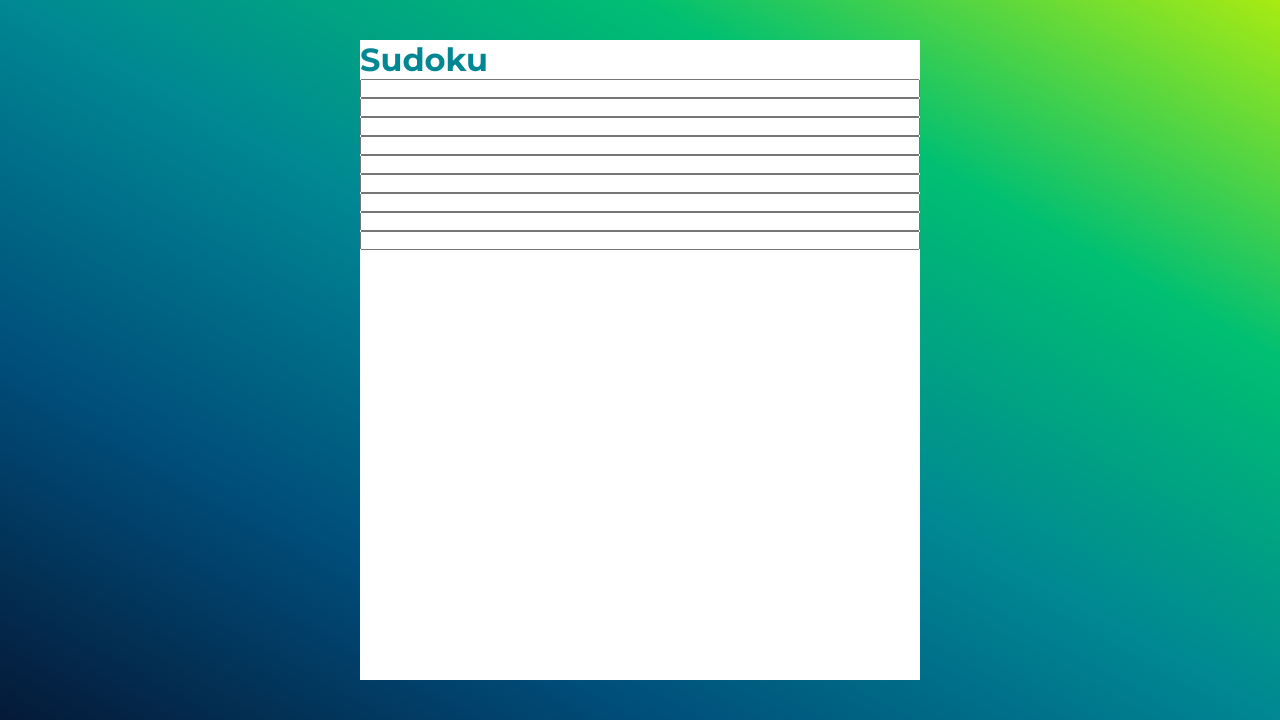
Repository: pattypetrikova/sudoku
Page: index.html
An editor plug-in stored every save of this project. The page is shown before and after the next save, followed by the edit.
The browser window is 1280 px wide. The pictures show the whole page.

Above is the page before, as saved 2022-12-30 10:19:17.

After the next save:
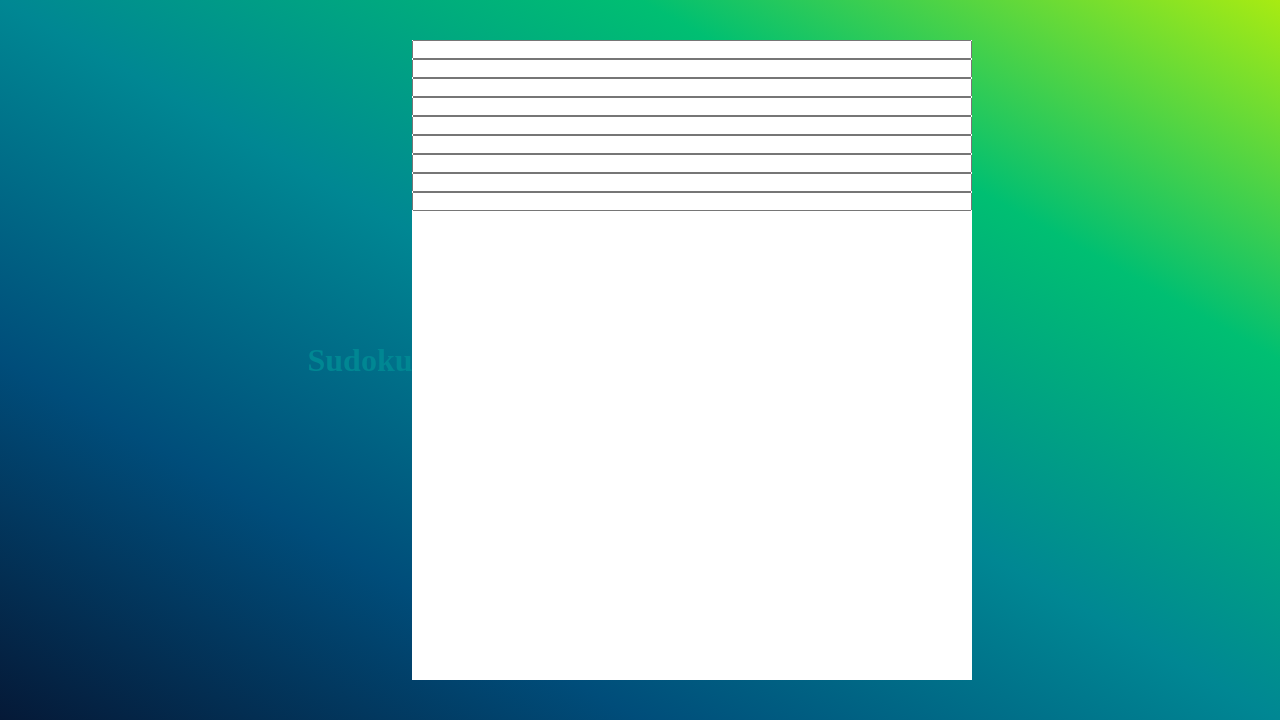
Saved 32 s later.
--- a/index.html
+++ b/index.html
@@ -12,9 +12,9 @@
 </head>
 <body>
     <main class="background">
+        <h1 class="title">Sudoku</h1>
         <div class="game">
             <div class="head">
-                <h1 class="title">Sudoku</h1>
                 <div class="buttons"></div>
             </div>
             <div>
